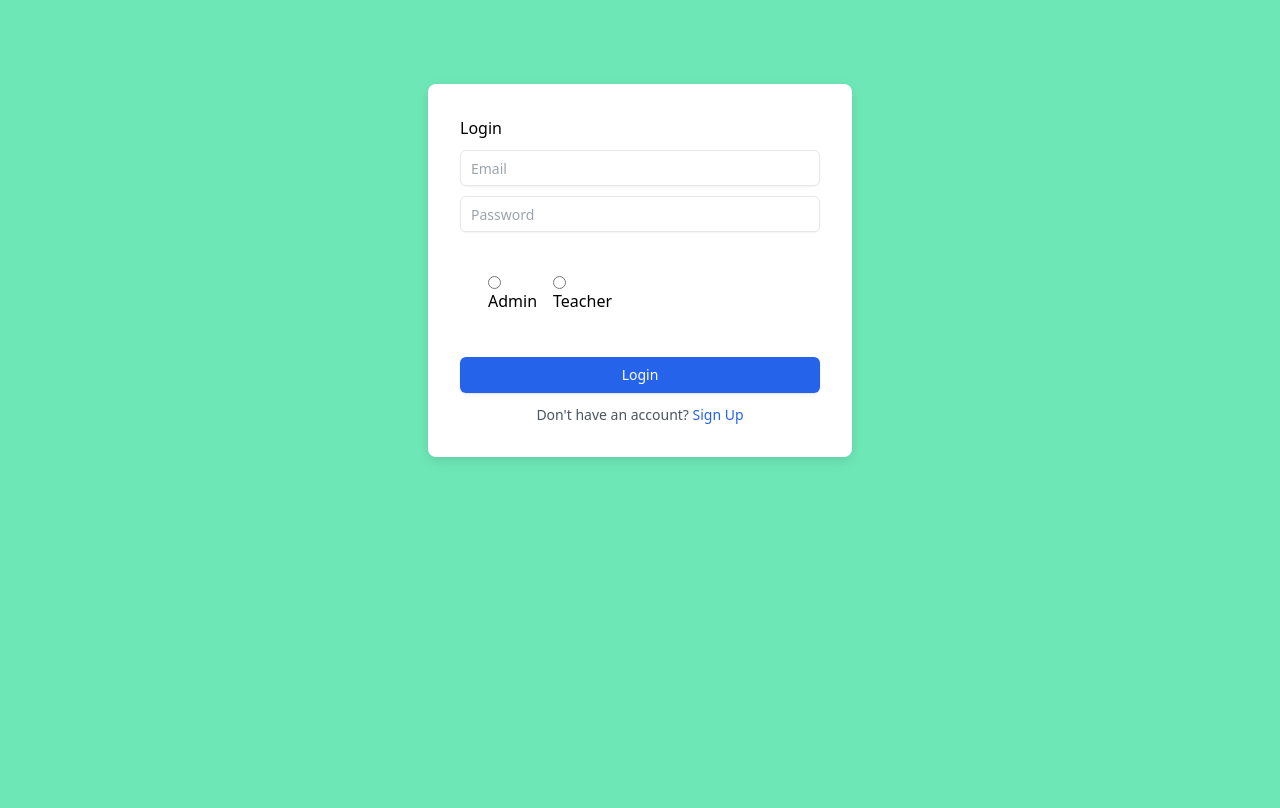
Repository: Haseeb467/Faculty-Online-data
Page: /
These files come from the project's save history. The page is drawn as it stood at one moment and after the next save; the edit follows.
The browser window is 1280 px wide. The pictures show the whole page.
The project was rebuilt for these pictures with package versions that can differ from the ones it lists, and the page was loaded fresh each time. Also part of the build but not shown: vite.config.ts, src/Components/Sidebar.tsx, src/Admin/EditTeacher/EditTeacher.tsx, src/Pages/mainPage/MainPageItems.tsx, src/Components/NavBar.tsx, src/Components/AdminLayout.tsx, src/Admin/AddTeacher/AddTeacher.tsx, src/Pages/mainPage/TeacherNavbar.tsx and 10 more.

Above is the page before, as saved 2024-12-25 11:49:13.

After the next save:
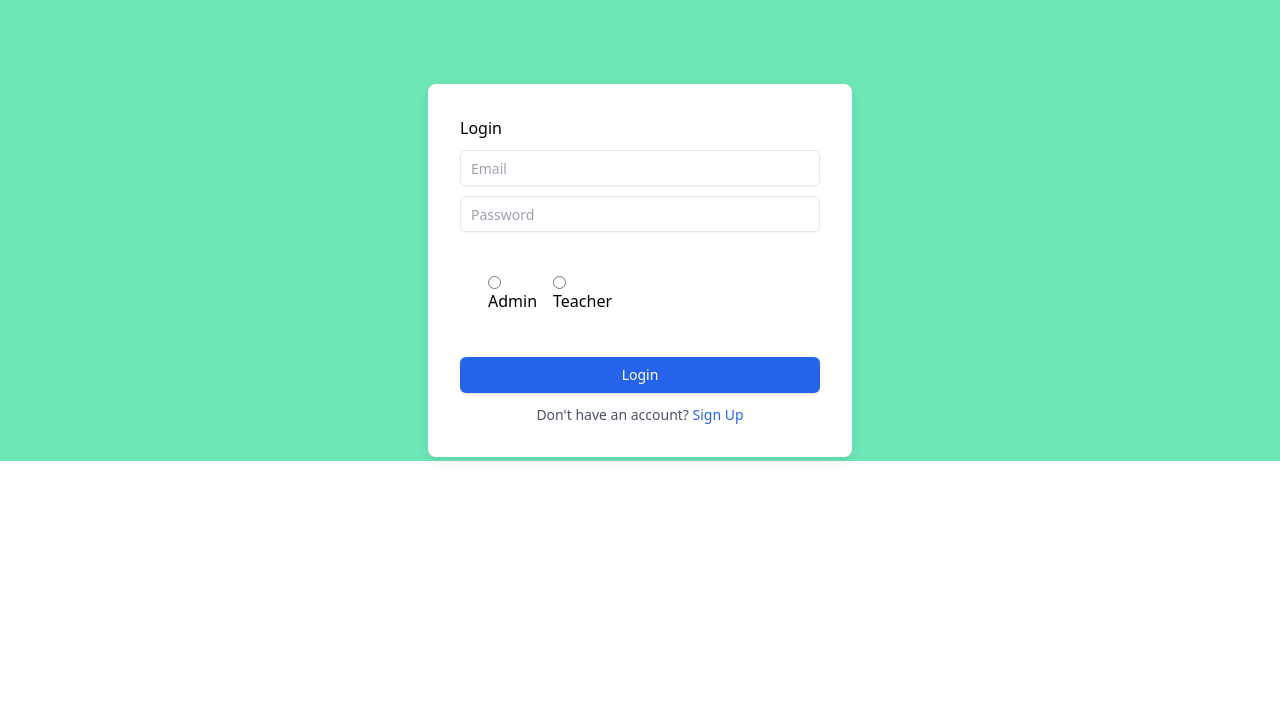
Saved 14 min 10 s later.
--- a/src/Components/LoginForm.tsx
+++ b/src/Components/LoginForm.tsx
@@ -84,7 +84,7 @@
     };
 
     return (
-        <div className=" h-screen">
+        <div className=" ">
             <ToastContainer />
             <form onSubmit={handleSubmit}>
                 <div className="login-form w-1/3  m-auto mt-20 p-10 rounded-lg shadow-lg">

After the save that followed:
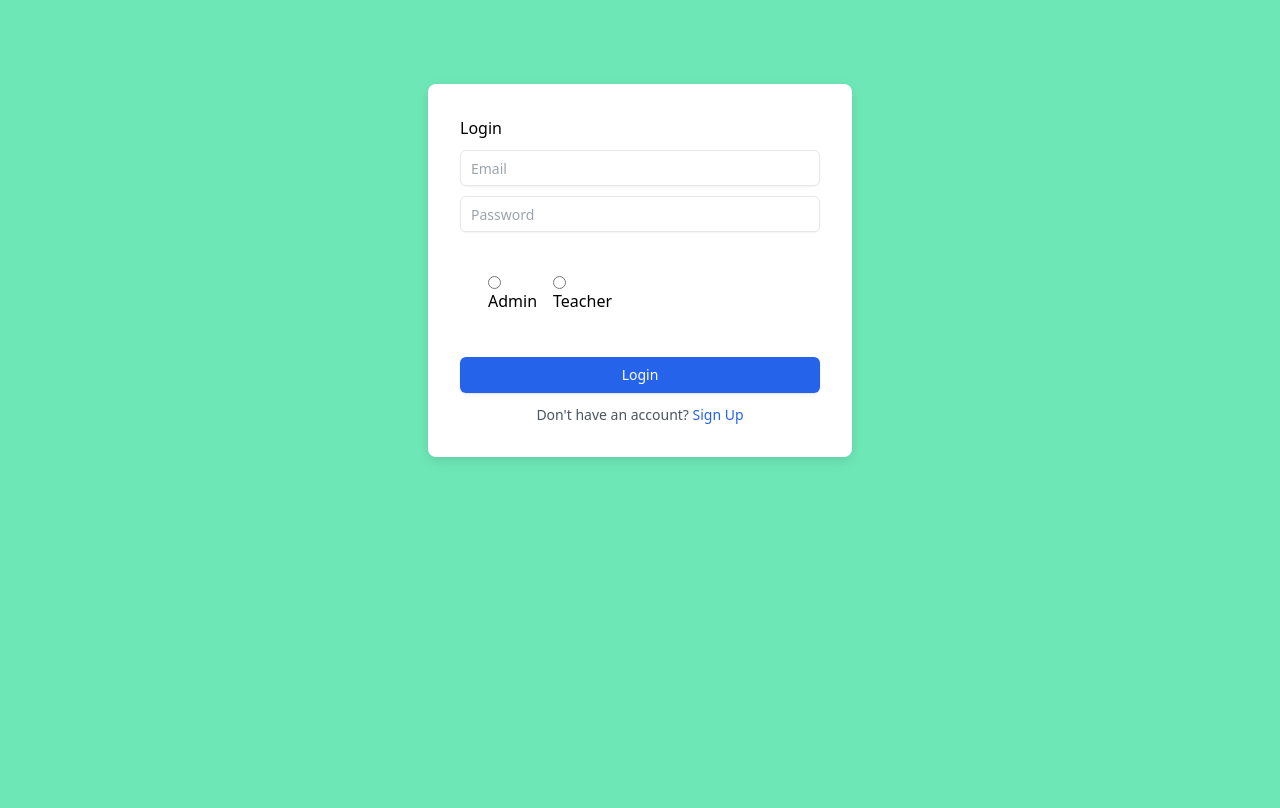
Saved 10 s later.
--- a/src/Components/LoginForm.tsx
+++ b/src/Components/LoginForm.tsx
@@ -84,7 +84,7 @@
     };
 
     return (
-        <div className=" ">
+        <div className=" h-screen">
             <ToastContainer />
             <form onSubmit={handleSubmit}>
                 <div className="login-form w-1/3  m-auto mt-20 p-10 rounded-lg shadow-lg">
